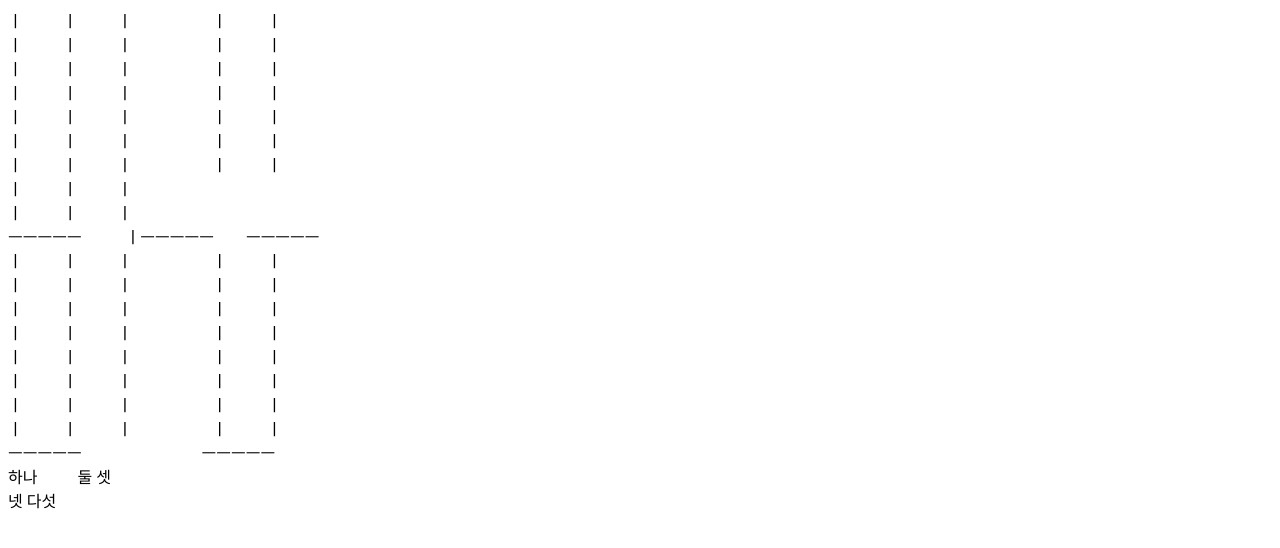
Repository: sinsujung/client
Page: ClientTest/src/main/webapp/html/ex02_whitespace.html
These files come from the project's save history. The page is drawn as it stood at one moment and after the next save; the edit follows.
The browser window is 1280 px wide. The pictures show the whole page.

Above is the page before, as saved 2023-09-19 05:55:27.

### ClientTest/src/main/webapp/html/ex02_whitespace.html
<!DOCTYPE html>
<html>
<head>
<meta charset="UTF-8">
<title>Insert title here</title>
</head>
<body>
	<!-- ex02_whitespace.html -->
	<!--

		공백 문자, Whitespace
		- 엔터, 탭, 스페이스
		- 페이지 소스에 있는 공백 문자들을 브라우저가 처리하는 규칙
		- 소스상의 (종류와 상관없이) 1개 이상 연속된 공백 문자들을 만나면
		 > 단 1개의 공백 문자(스페이스)로 치환해서 화면에 출력한다.


		공백 문자 처리하는 방법

		1. 스페이스 표현
		- 공백 1글자 > 엔티티 1개
		- &엔티티명;
		- &nbsp;
		- 출력할 때 공백 1개로 바꿔서 출력해라!!
		- non-break space

		2. 탭문자
		- 불가능
		- 웹 문서(브라우저)에는 탭의 개념이 없다.

		3. 개행문자
		- <br> 태그 사용
		- \r\n 역할
	 -->

	ㅣ&nbsp;&nbsp;&nbsp;&nbsp;&nbsp;&nbsp;&nbsp;&nbsp;&nbsp;&nbsp;ㅣ&nbsp;&nbsp;&nbsp;&nbsp;&nbsp;&nbsp;&nbsp;&nbsp;&nbsp;&nbsp;ㅣ&nbsp;&nbsp;&nbsp;&nbsp;&nbsp;&nbsp;&nbsp;&nbsp;&nbsp;&nbsp;&nbsp;&nbsp;&nbsp;&nbsp;&nbsp;&nbsp;&nbsp;&nbsp;&nbsp;&nbsp;ㅣ&nbsp;&nbsp;&nbsp;&nbsp;&nbsp;&nbsp;&nbsp;&nbsp;&nbsp;&nbsp;ㅣ<br>
	ㅣ&nbsp;&nbsp;&nbsp;&nbsp;&nbsp;&nbsp;&nbsp;&nbsp;&nbsp;&nbsp;ㅣ&nbsp;&nbsp;&nbsp;&nbsp;&nbsp;&nbsp;&nbsp;&nbsp;&nbsp;&nbsp;ㅣ&nbsp;&nbsp;&nbsp;&nbsp;&nbsp;&nbsp;&nbsp;&nbsp;&nbsp;&nbsp;&nbsp;&nbsp;&nbsp;&nbsp;&nbsp;&nbsp;&nbsp;&nbsp;&nbsp;&nbsp;ㅣ&nbsp;&nbsp;&nbsp;&nbsp;&nbsp;&nbsp;&nbsp;&nbsp;&nbsp;&nbsp;ㅣ<br>
	ㅣ&nbsp;&nbsp;&nbsp;&nbsp;&nbsp;&nbsp;&nbsp;&nbsp;&nbsp;&nbsp;ㅣ&nbsp;&nbsp;&nbsp;&nbsp;&nbsp;&nbsp;&nbsp;&nbsp;&nbsp;&nbsp;ㅣ&nbsp;&nbsp;&nbsp;&nbsp;&nbsp;&nbsp;&nbsp;&nbsp;&nbsp;&nbsp;&nbsp;&nbsp;&nbsp;&nbsp;&nbsp;&nbsp;&nbsp;&nbsp;&nbsp;&nbsp;ㅣ&nbsp;&nbsp;&nbsp;&nbsp;&nbsp;&nbsp;&nbsp;&nbsp;&nbsp;&nbsp;ㅣ<br>
	ㅣ&nbsp;&nbsp;&nbsp;&nbsp;&nbsp;&nbsp;&nbsp;&nbsp;&nbsp;&nbsp;ㅣ&nbsp;&nbsp;&nbsp;&nbsp;&nbsp;&nbsp;&nbsp;&nbsp;&nbsp;&nbsp;ㅣ&nbsp;&nbsp;&nbsp;&nbsp;&nbsp;&nbsp;&nbsp;&nbsp;&nbsp;&nbsp;&nbsp;&nbsp;&nbsp;&nbsp;&nbsp;&nbsp;&nbsp;&nbsp;&nbsp;&nbsp;ㅣ&nbsp;&nbsp;&nbsp;&nbsp;&nbsp;&nbsp;&nbsp;&nbsp;&nbsp;&nbsp;ㅣ<br>
	ㅣ&nbsp;&nbsp;&nbsp;&nbsp;&nbsp;&nbsp;&nbsp;&nbsp;&nbsp;&nbsp;ㅣ&nbsp;&nbsp;&nbsp;&nbsp;&nbsp;&nbsp;&nbsp;&nbsp;&nbsp;&nbsp;ㅣ&nbsp;&nbsp;&nbsp;&nbsp;&nbsp;&nbsp;&nbsp;&nbsp;&nbsp;&nbsp;&nbsp;&nbsp;&nbsp;&nbsp;&nbsp;&nbsp;&nbsp;&nbsp;&nbsp;&nbsp;ㅣ&nbsp;&nbsp;&nbsp;&nbsp;&nbsp;&nbsp;&nbsp;&nbsp;&nbsp;&nbsp;ㅣ<br>
	ㅣ&nbsp;&nbsp;&nbsp;&nbsp;&nbsp;&nbsp;&nbsp;&nbsp;&nbsp;&nbsp;ㅣ&nbsp;&nbsp;&nbsp;&nbsp;&nbsp;&nbsp;&nbsp;&nbsp;&nbsp;&nbsp;ㅣ&nbsp;&nbsp;&nbsp;&nbsp;&nbsp;&nbsp;&nbsp;&nbsp;&nbsp;&nbsp;&nbsp;&nbsp;&nbsp;&nbsp;&nbsp;&nbsp;&nbsp;&nbsp;&nbsp;&nbsp;ㅣ&nbsp;&nbsp;&nbsp;&nbsp;&nbsp;&nbsp;&nbsp;&nbsp;&nbsp;&nbsp;ㅣ<br>
	ㅣ&nbsp;&nbsp;&nbsp;&nbsp;&nbsp;&nbsp;&nbsp;&nbsp;&nbsp;&nbsp;ㅣ&nbsp;&nbsp;&nbsp;&nbsp;&nbsp;&nbsp;&nbsp;&nbsp;&nbsp;&nbsp;ㅣ&nbsp;&nbsp;&nbsp;&nbsp;&nbsp;&nbsp;&nbsp;&nbsp;&nbsp;&nbsp;&nbsp;&nbsp;&nbsp;&nbsp;&nbsp;&nbsp;&nbsp;&nbsp;&nbsp;&nbsp;ㅣ&nbsp;&nbsp;&nbsp;&nbsp;&nbsp;&nbsp;&nbsp;&nbsp;&nbsp;&nbsp;ㅣ<br>
	ㅣ&nbsp;&nbsp;&nbsp;&nbsp;&nbsp;&nbsp;&nbsp;&nbsp;&nbsp;&nbsp;ㅣ&nbsp;&nbsp;&nbsp;&nbsp;&nbsp;&nbsp;&nbsp;&nbsp;&nbsp;&nbsp;ㅣ<br>
	ㅣ&nbsp;&nbsp;&nbsp;&nbsp;&nbsp;&nbsp;&nbsp;&nbsp;&nbsp;&nbsp;ㅣ&nbsp;&nbsp;&nbsp;&nbsp;&nbsp;&nbsp;&nbsp;&nbsp;&nbsp;&nbsp;ㅣ<br>
	ㅡㅡㅡㅡㅡ&nbsp;&nbsp;&nbsp;&nbsp;&nbsp;&nbsp;&nbsp;&nbsp;&nbsp;&nbsp;&nbsp;ㅣㅡㅡㅡㅡㅡ&nbsp;&nbsp;&nbsp;&nbsp;&nbsp;&nbsp;&nbsp;&nbsp;ㅡㅡㅡㅡㅡ<br>
	ㅣ&nbsp;&nbsp;&nbsp;&nbsp;&nbsp;&nbsp;&nbsp;&nbsp;&nbsp;&nbsp;ㅣ&nbsp;&nbsp;&nbsp;&nbsp;&nbsp;&nbsp;&nbsp;&nbsp;&nbsp;&nbsp;ㅣ&nbsp;&nbsp;&nbsp;&nbsp;&nbsp;&nbsp;&nbsp;&nbsp;&nbsp;&nbsp;&nbsp;&nbsp;&nbsp;&nbsp;&nbsp;&nbsp;&nbsp;&nbsp;&nbsp;&nbsp;ㅣ&nbsp;&nbsp;&nbsp;&nbsp;&nbsp;&nbsp;&nbsp;&nbsp;&nbsp;&nbsp;ㅣ<br>
	ㅣ&nbsp;&nbsp;&nbsp;&nbsp;&nbsp;&nbsp;&nbsp;&nbsp;&nbsp;&nbsp;ㅣ&nbsp;&nbsp;&nbsp;&nbsp;&nbsp;&nbsp;&nbsp;&nbsp;&nbsp;&nbsp;ㅣ&nbsp;&nbsp;&nbsp;&nbsp;&nbsp;&nbsp;&nbsp;&nbsp;&nbsp;&nbsp;&nbsp;&nbsp;&nbsp;&nbsp;&nbsp;&nbsp;&nbsp;&nbsp;&nbsp;&nbsp;ㅣ&nbsp;&nbsp;&nbsp;&nbsp;&nbsp;&nbsp;&nbsp;&nbsp;&nbsp;&nbsp;ㅣ<br>
	ㅣ&nbsp;&nbsp;&nbsp;&nbsp;&nbsp;&nbsp;&nbsp;&nbsp;&nbsp;&nbsp;ㅣ&nbsp;&nbsp;&nbsp;&nbsp;&nbsp;&nbsp;&nbsp;&nbsp;&nbsp;&nbsp;ㅣ&nbsp;&nbsp;&nbsp;&nbsp;&nbsp;&nbsp;&nbsp;&nbsp;&nbsp;&nbsp;&nbsp;&nbsp;&nbsp;&nbsp;&nbsp;&nbsp;&nbsp;&nbsp;&nbsp;&nbsp;ㅣ&nbsp;&nbsp;&nbsp;&nbsp;&nbsp;&nbsp;&nbsp;&nbsp;&nbsp;&nbsp;ㅣ<br>
	ㅣ&nbsp;&nbsp;&nbsp;&nbsp;&nbsp;&nbsp;&nbsp;&nbsp;&nbsp;&nbsp;ㅣ&nbsp;&nbsp;&nbsp;&nbsp;&nbsp;&nbsp;&nbsp;&nbsp;&nbsp;&nbsp;ㅣ&nbsp;&nbsp;&nbsp;&nbsp;&nbsp;&nbsp;&nbsp;&nbsp;&nbsp;&nbsp;&nbsp;&nbsp;&nbsp;&nbsp;&nbsp;&nbsp;&nbsp;&nbsp;&nbsp;&nbsp;ㅣ&nbsp;&nbsp;&nbsp;&nbsp;&nbsp;&nbsp;&nbsp;&nbsp;&nbsp;&nbsp;ㅣ<br>
	ㅣ&nbsp;&nbsp;&nbsp;&nbsp;&nbsp;&nbsp;&nbsp;&nbsp;&nbsp;&nbsp;ㅣ&nbsp;&nbsp;&nbsp;&nbsp;&nbsp;&nbsp;&nbsp;&nbsp;&nbsp;&nbsp;ㅣ&nbsp;&nbsp;&nbsp;&nbsp;&nbsp;&nbsp;&nbsp;&nbsp;&nbsp;&nbsp;&nbsp;&nbsp;&nbsp;&nbsp;&nbsp;&nbsp;&nbsp;&nbsp;&nbsp;&nbsp;ㅣ&nbsp;&nbsp;&nbsp;&nbsp;&nbsp;&nbsp;&nbsp;&nbsp;&nbsp;&nbsp;ㅣ<br>
	ㅣ&nbsp;&nbsp;&nbsp;&nbsp;&nbsp;&nbsp;&nbsp;&nbsp;&nbsp;&nbsp;ㅣ&nbsp;&nbsp;&nbsp;&nbsp;&nbsp;&nbsp;&nbsp;&nbsp;&nbsp;&nbsp;ㅣ&nbsp;&nbsp;&nbsp;&nbsp;&nbsp;&nbsp;&nbsp;&nbsp;&nbsp;&nbsp;&nbsp;&nbsp;&nbsp;&nbsp;&nbsp;&nbsp;&nbsp;&nbsp;&nbsp;&nbsp;ㅣ&nbsp;&nbsp;&nbsp;&nbsp;&nbsp;&nbsp;&nbsp;&nbsp;&nbsp;&nbsp;ㅣ<br>
	ㅣ&nbsp;&nbsp;&nbsp;&nbsp;&nbsp;&nbsp;&nbsp;&nbsp;&nbsp;&nbsp;ㅣ&nbsp;&nbsp;&nbsp;&nbsp;&nbsp;&nbsp;&nbsp;&nbsp;&nbsp;&nbsp;ㅣ&nbsp;&nbsp;&nbsp;&nbsp;&nbsp;&nbsp;&nbsp;&nbsp;&nbsp;&nbsp;&nbsp;&nbsp;&nbsp;&nbsp;&nbsp;&nbsp;&nbsp;&nbsp;&nbsp;&nbsp;ㅣ&nbsp;&nbsp;&nbsp;&nbsp;&nbsp;&nbsp;&nbsp;&nbsp;&nbsp;&nbsp;ㅣ<br>
	ㅣ&nbsp;&nbsp;&nbsp;&nbsp;&nbsp;&nbsp;&nbsp;&nbsp;&nbsp;&nbsp;ㅣ&nbsp;&nbsp;&nbsp;&nbsp;&nbsp;&nbsp;&nbsp;&nbsp;&nbsp;&nbsp;ㅣ&nbsp;&nbsp;&nbsp;&nbsp;&nbsp;&nbsp;&nbsp;&nbsp;&nbsp;&nbsp;&nbsp;&nbsp;&nbsp;&nbsp;&nbsp;&nbsp;&nbsp;&nbsp;&nbsp;&nbsp;ㅣ&nbsp;&nbsp;&nbsp;&nbsp;&nbsp;&nbsp;&nbsp;&nbsp;&nbsp;&nbsp;ㅣ<br>
	ㅡㅡㅡㅡㅡ&nbsp;&nbsp;&nbsp;&nbsp;&nbsp;&nbsp;&nbsp;&nbsp;&nbsp;&nbsp;&nbsp;&nbsp;&nbsp;&nbsp;&nbsp;&nbsp;&nbsp;&nbsp;&nbsp;&nbsp;&nbsp;&nbsp;&nbsp;&nbsp;&nbsp;&nbsp;&nbsp;&nbsp;&nbsp;&nbsp;ㅡㅡㅡㅡㅡ<br>
	하나&nbsp;&nbsp;&nbsp;&nbsp;&nbsp;&nbsp;&nbsp;&nbsp;&nbsp;&nbsp;둘					셋<br>
	넷                    다섯





</body>
</html>

After the next save:
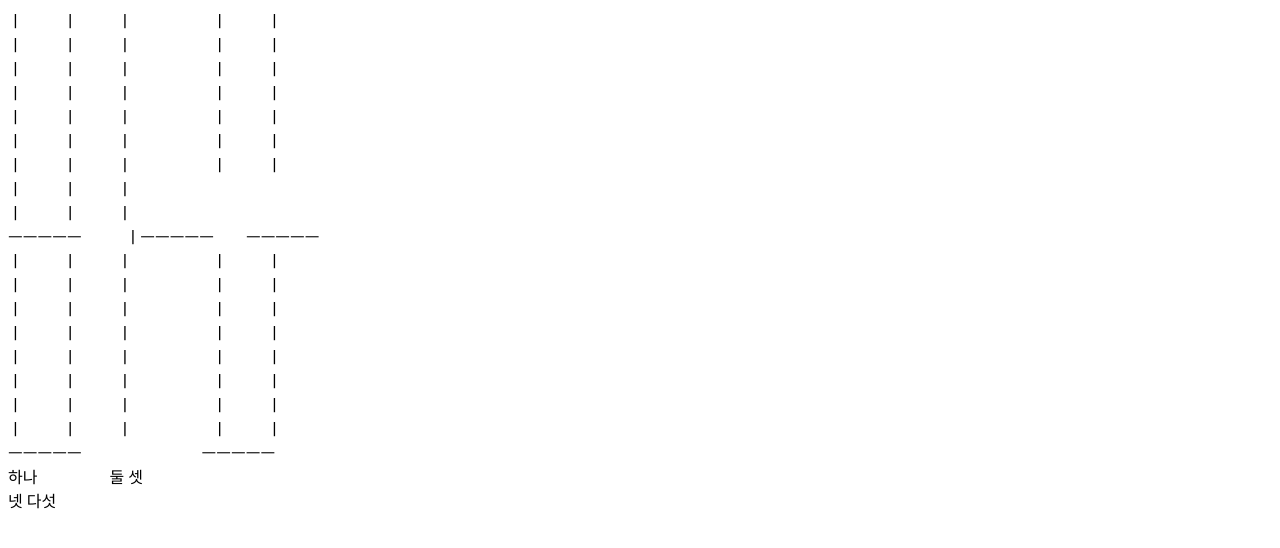
Saved 15 s later.
--- a/ClientTest/src/main/webapp/html/ex02_whitespace.html
+++ b/ClientTest/src/main/webapp/html/ex02_whitespace.html
@@ -52,7 +52,7 @@
 	ㅣ&nbsp;&nbsp;&nbsp;&nbsp;&nbsp;&nbsp;&nbsp;&nbsp;&nbsp;&nbsp;ㅣ&nbsp;&nbsp;&nbsp;&nbsp;&nbsp;&nbsp;&nbsp;&nbsp;&nbsp;&nbsp;ㅣ&nbsp;&nbsp;&nbsp;&nbsp;&nbsp;&nbsp;&nbsp;&nbsp;&nbsp;&nbsp;&nbsp;&nbsp;&nbsp;&nbsp;&nbsp;&nbsp;&nbsp;&nbsp;&nbsp;&nbsp;ㅣ&nbsp;&nbsp;&nbsp;&nbsp;&nbsp;&nbsp;&nbsp;&nbsp;&nbsp;&nbsp;ㅣ<br>
 	ㅣ&nbsp;&nbsp;&nbsp;&nbsp;&nbsp;&nbsp;&nbsp;&nbsp;&nbsp;&nbsp;ㅣ&nbsp;&nbsp;&nbsp;&nbsp;&nbsp;&nbsp;&nbsp;&nbsp;&nbsp;&nbsp;ㅣ&nbsp;&nbsp;&nbsp;&nbsp;&nbsp;&nbsp;&nbsp;&nbsp;&nbsp;&nbsp;&nbsp;&nbsp;&nbsp;&nbsp;&nbsp;&nbsp;&nbsp;&nbsp;&nbsp;&nbsp;ㅣ&nbsp;&nbsp;&nbsp;&nbsp;&nbsp;&nbsp;&nbsp;&nbsp;&nbsp;&nbsp;ㅣ<br>
 	ㅡㅡㅡㅡㅡ&nbsp;&nbsp;&nbsp;&nbsp;&nbsp;&nbsp;&nbsp;&nbsp;&nbsp;&nbsp;&nbsp;&nbsp;&nbsp;&nbsp;&nbsp;&nbsp;&nbsp;&nbsp;&nbsp;&nbsp;&nbsp;&nbsp;&nbsp;&nbsp;&nbsp;&nbsp;&nbsp;&nbsp;&nbsp;&nbsp;ㅡㅡㅡㅡㅡ<br>
-	하나&nbsp;&nbsp;&nbsp;&nbsp;&nbsp;&nbsp;&nbsp;&nbsp;&nbsp;&nbsp;둘					셋<br>
+	하나&nbsp;&nbsp;&nbsp;&nbsp;&nbsp;&nbsp;&nbsp;&nbsp;&nbsp;&nbsp;&nbsp;&nbsp;&nbsp;&nbsp;&nbsp;&nbsp;&nbsp;&nbsp;둘					셋<br>
 	넷                    다섯
 
 
